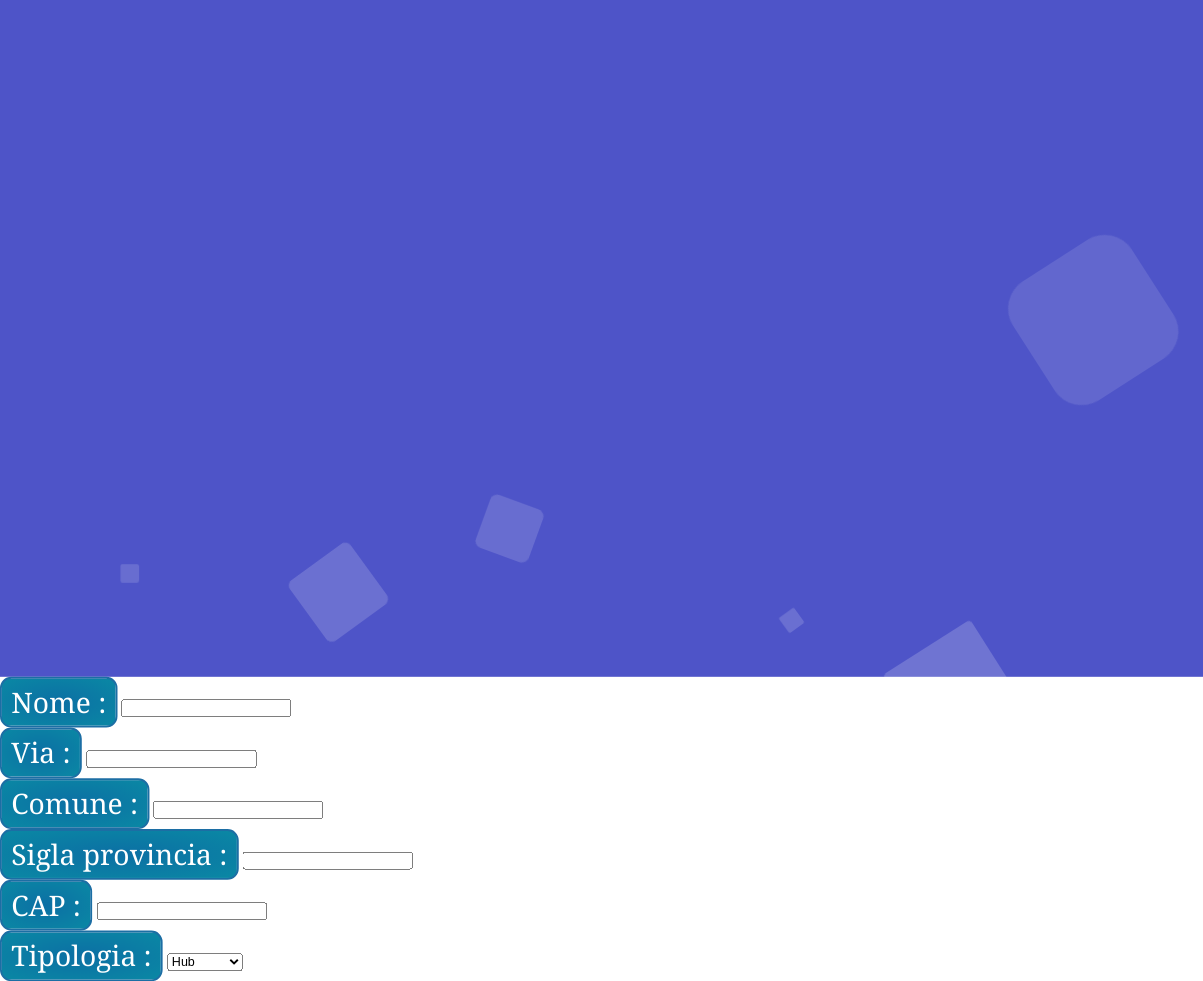
Repository: Jok98/CentriVaccinaliWebApp
Page: http://localhost/CentriVaccinaliOperatori/iscrizionecentrovax.jsp
An editor plug-in stored every save of this project. The page is shown before and after the next save, followed by the edit.
The browser window is 1280 px wide. The pictures show the whole page, at 94% of full size.
Some web fonts or font styles are not loaded; a fallback is used. The page is served by Tomcat 9.

Above is the page before, as saved 2022-09-24 15:07:41.

### CentriVaccinaliOperatori/src/main/webapp/iscrizionecentrovax.jsp
<%@ page language="java" contentType="text/html; charset=ISO-8859-1"
	pageEncoding="ISO-8859-1"%>
<!DOCTYPE html>
<html>
<head>
<meta charset="ISO-8859-1">
<link rel="stylesheet" href="css/form.css">
<link rel="stylesheet" href="css/background.css">
<title>Iscrizione Centri Vaccinali</title>
</head>
<body>
	<div class="area">
		<ul class="circles">
			<li></li>
			<li></li>
			<li></li>
			<li></li>
			<li></li>
			<li></li>
			<li></li>
			<li></li>
			<li></li>
			<li></li>
		</ul>
	</div>
	<div>
		<form action="">
		<label class="button" for="nomeCenvax">Nome : </label>
		<input type="text" id="nomecenvax" name="nomecenvax">
		<br>
		<label class="button" for="viaCenvax">Via : </label>
		<input type="text" id="viaCenvax" name="viaCenvax">
		<br>
		<label class="button" for="comuneCenvax">Comune : </label>
		<input type="text" id="viaCenvax" name="viaCenvax">
		<br>
		<label class="button" for="sigprovCenvax">Sigla provincia : </label>
		<input type="text" id="sigprovCenvax" name="sigprovCenvax">
		<br>
		<label class="button" for="capCenvax">CAP : </label>
		<input type="text" id="capCenvax" name="capCenvax">
		<br>
		<label class="button" for="tipoCenvax">Tipologia : </label>
		<select name="tipoCenvax" id="tipoCenvax">
			<option value="Hub">Hub</option>
			<option value="Azienda">Azienda</option>
			<option value="Ospedale">Ospedale</option>
		</select>

		</form>
	</div>

</body>
</html>

### CentriVaccinaliOperatori/src/main/webapp/css/form.css
@charset "ISO-8859-1";

/* bottoni */
.button {
color: rgb(255, 255, 255);
font-size: 30px; line-height: 30px;
padding: 10px;
border-radius: 12px;
font-family: Georgia, serif;
font-weight: normal;
text-decoration: none;
font-style: normal;
font-variant: normal;
text-transform: none;
background-image: radial-gradient(at center center, rgb(12, 111, 164) 0%, rgb(10, 136, 164) 100%, rgb(12, 111, 164) 100%);
box-shadow: rgba(0, 0, 0, 0) 81px -57px 0px 0px;
border: 2px solid rgb(28, 110, 164);
display: inline-block;}
.button:hover {
background: #80c3ff; }
.button:active {
background: #1ca4ff; }

### CentriVaccinaliOperatori/src/main/webapp/css/background.css
@charset "ISO-8859-1";
@import url('https://fonts.googleapis.com/css?family=Exo:400,700');

*{
    margin: 0px;
    padding: 0px;
}

html{
    font-family: 'Exo', sans-serif;
}


.context {
    width: 100%;
    position: absolute;
    top:50vh;

}

.context h1{
    text-align: center;
    color: #fff;
    font-size: 50px;
}


.area{
    background: #4e54c8;
    background: -webkit-linear-gradient(to left, #8f94fb, #4e54c8);
    width: 100%;
    height:100vh;


}

.circles{
    position: absolute;
    top: 0;
    left: 0;
    width: 100%;
    height: 100%;
    overflow: hidden;
}

.circles li{
    position: absolute;
    display: block;
    list-style: none;
    width: 20px;
    height: 20px;
    background: rgba(255, 255, 255, 0.2);
    animation: animate 25s linear infinite;
    bottom: -150px;

}

.circles li:nth-child(1){
    left: 25%;
    width: 80px;
    height: 80px;
    animation-delay: 0s;
}


.circles li:nth-child(2){
    left: 10%;
    width: 20px;
    height: 20px;
    animation-delay: 2s;
    animation-duration: 12s;
}

.circles li:nth-child(3){
    left: 70%;
    width: 20px;
    height: 20px;
    animation-delay: 4s;
}

.circles li:nth-child(4){
    left: 40%;
    width: 60px;
    height: 60px;
    animation-delay: 0s;
    animation-duration: 18s;
}

.circles li:nth-child(5){
    left: 65%;
    width: 20px;
    height: 20px;
    animation-delay: 0s;
}

.circles li:nth-child(6){
    left: 75%;
    width: 110px;
    height: 110px;
    animation-delay: 3s;
}

.circles li:nth-child(7){
    left: 35%;
    width: 150px;
    height: 150px;
    animation-delay: 7s;
}

.circles li:nth-child(8){
    left: 50%;
    width: 25px;
    height: 25px;
    animation-delay: 15s;
    animation-duration: 45s;
}

.circles li:nth-child(9){
    left: 20%;
    width: 15px;
    height: 15px;
    animation-delay: 2s;
    animation-duration: 35s;
}

.circles li:nth-child(10){
    left: 85%;
    width: 150px;
    height: 150px;
    animation-delay: 0s;
    animation-duration: 11s;
}



@keyframes animate {

    0%{
        transform: translateY(0) rotate(0deg);
        opacity: 1;
        border-radius: 0;
    }

    100%{
        transform: translateY(-1000px) rotate(720deg);
        opacity: 0;
        border-radius: 50%;
    }

}

After the next save:
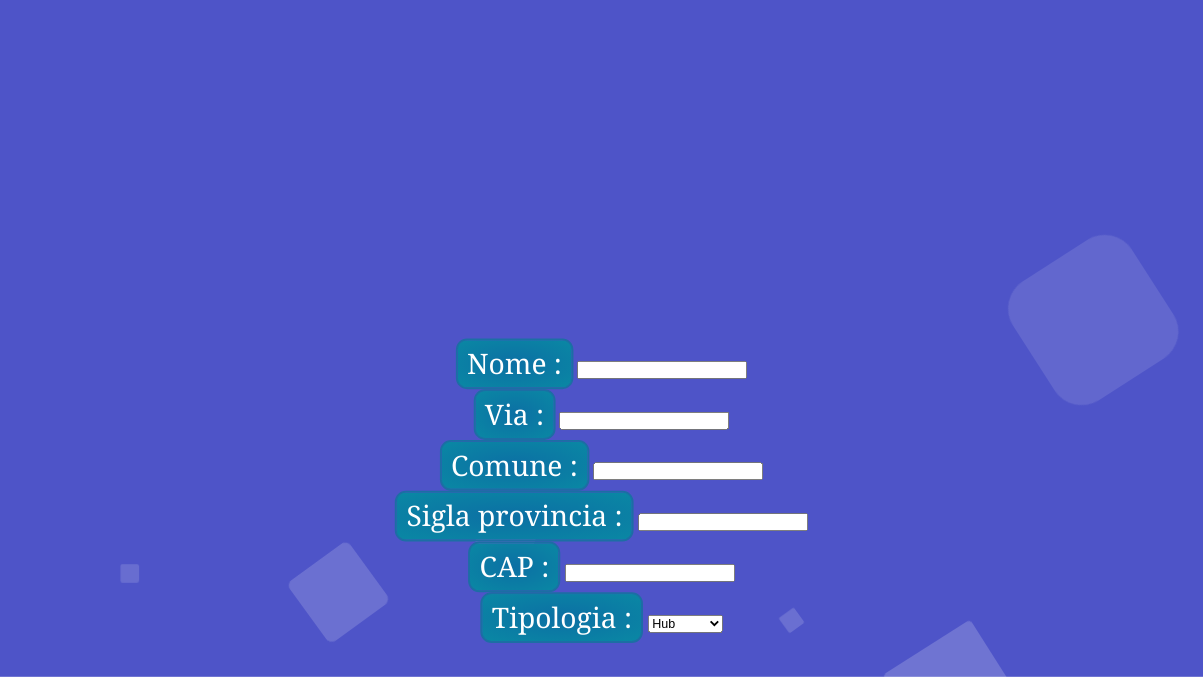
Saved 114 s later.
--- a/CentriVaccinaliOperatori/src/main/webapp/iscrizionecentrovax.jsp
+++ b/CentriVaccinaliOperatori/src/main/webapp/iscrizionecentrovax.jsp
@@ -23,7 +23,7 @@
 			<li></li>
 		</ul>
 	</div>
-	<div>
+	<div class="context" align="center">
 		<form action="">
 		<label class="button" for="nomeCenvax">Nome : </label>
 		<input type="text" id="nomecenvax" name="nomecenvax">
